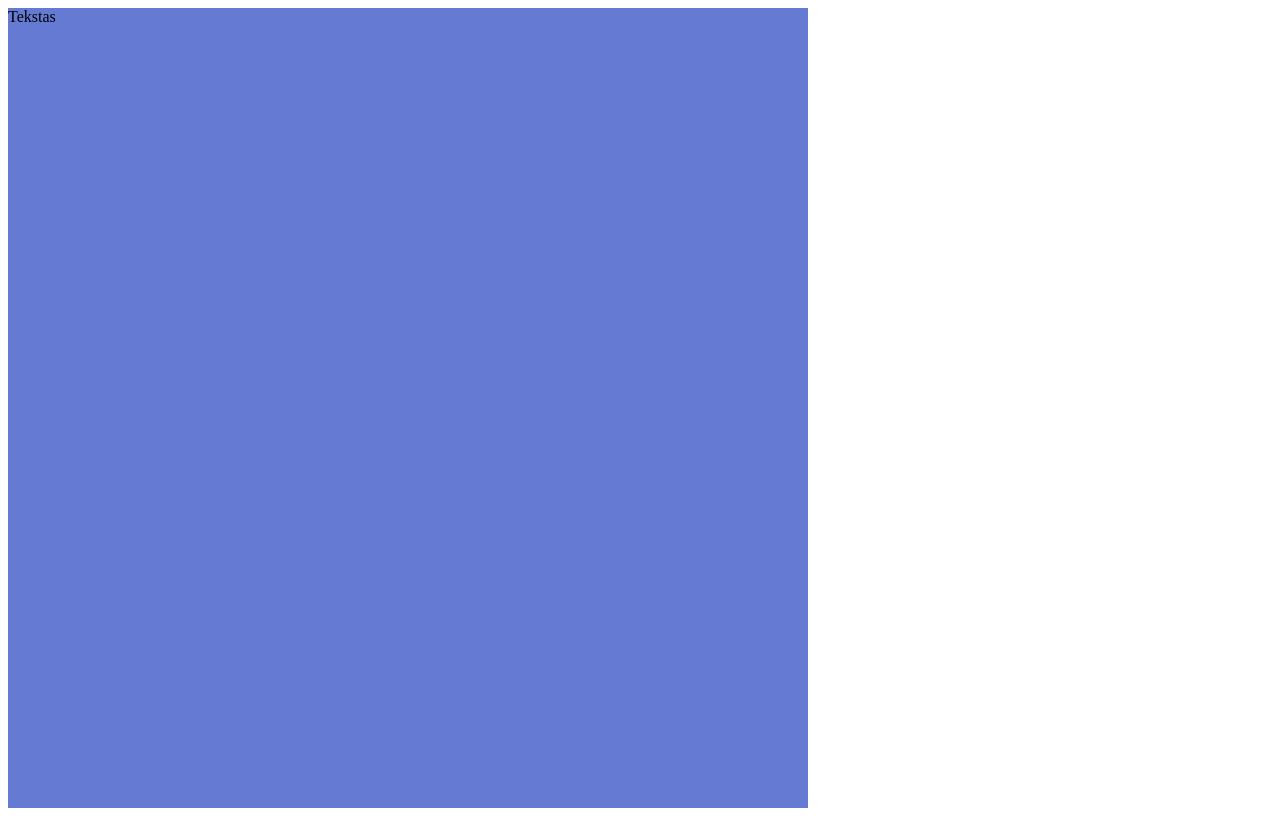
Repository: motiejus1/10-paskaita-05.31
Page: index.html
These files come from the project's save history. The page is drawn as it stood at one moment and after the next save; the edit follows.
The browser window is 1280 px wide. The pictures show the whole page.

Above is the page before, as saved 2021-06-16 18:23:22.

After the next save:
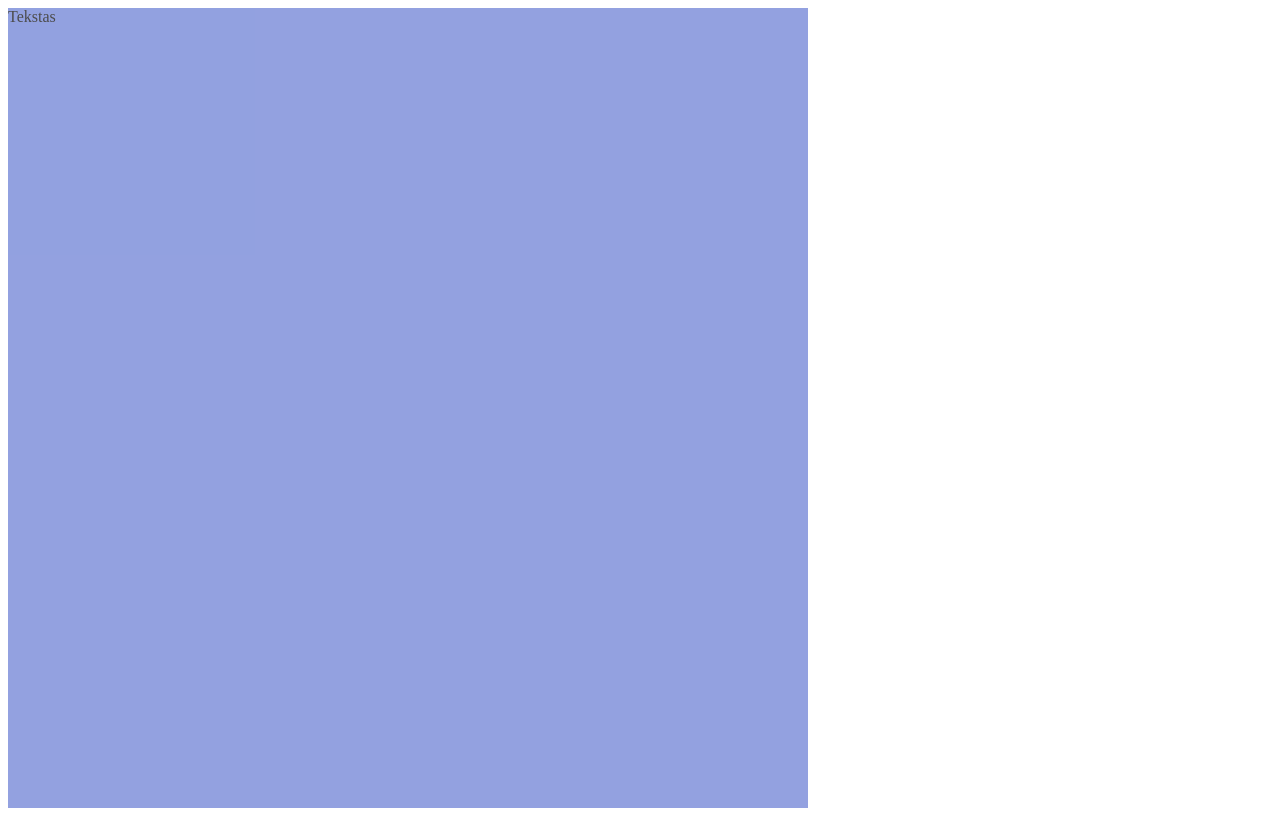
Saved 100 s later.
--- a/index.html
+++ b/index.html
@@ -14,7 +14,7 @@
 
         .fonas {
             background-color: #657AD3;
-            opacity: 1;
+            opacity: 0.7;
         }
     </style>
 </head>
